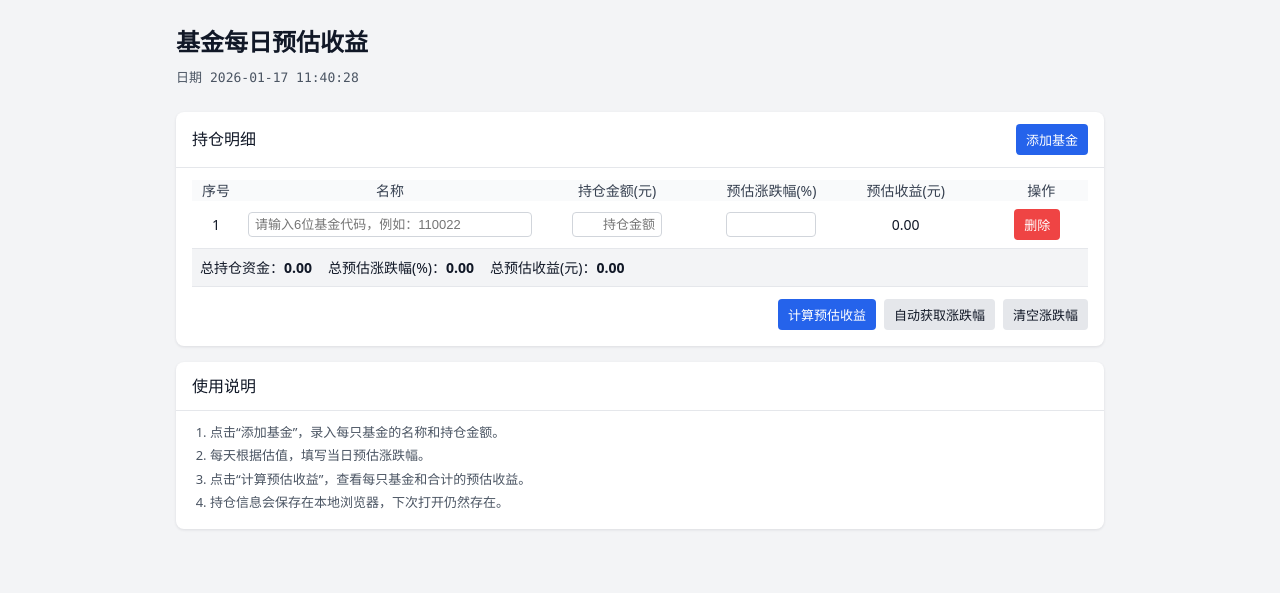
Repository: zt-boom/finance
Page: index.html
An editor plug-in stored every save of this project. The page is shown before and after the next save, followed by the edit.
The browser window is 1280 px wide. The pictures show the whole page.

Above is the page before, as saved 2026-01-17 14:03:45.

After the next save:
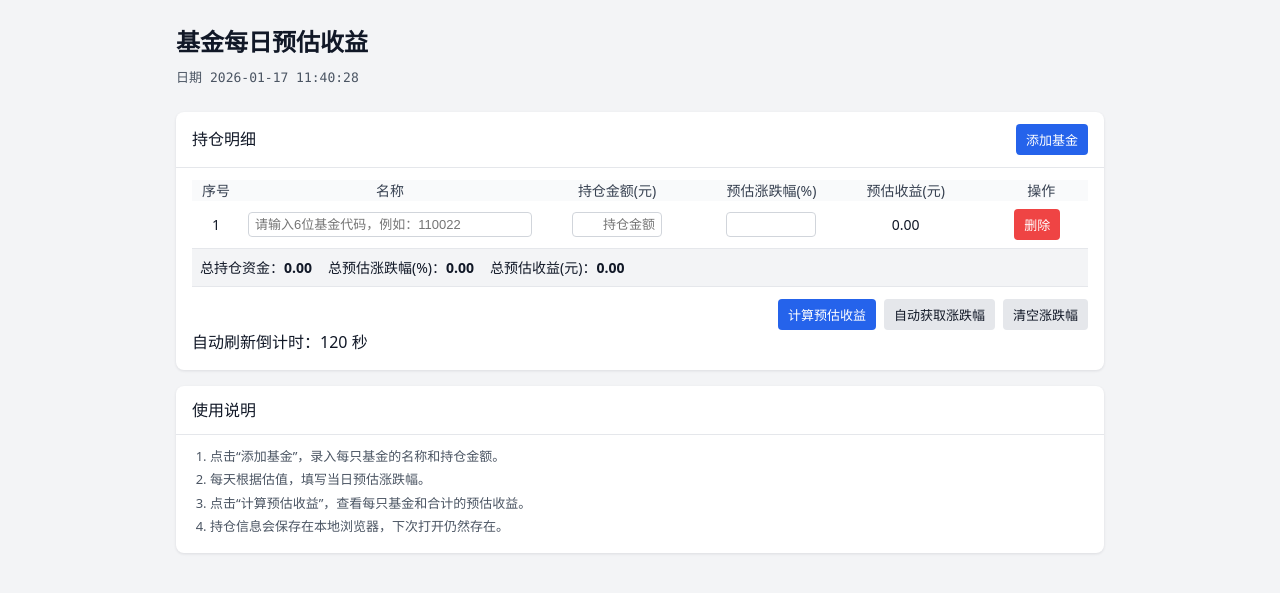
Saved 113 s later.
--- a/index.html
+++ b/index.html
@@ -55,6 +55,9 @@
 <button id="fetch-percent-btn" class="secondary-button">自动获取涨跌幅</button>
 <button id="reset-percentage-btn" class="secondary-button">清空涨跌幅</button>
 </div>
+<div class="auto-refresh-info">
+<span>自动刷新倒计时：<span id="auto-refresh-countdown">120</span> 秒</span>
+</div>
 </div>
 </section>
 <section class="card">
